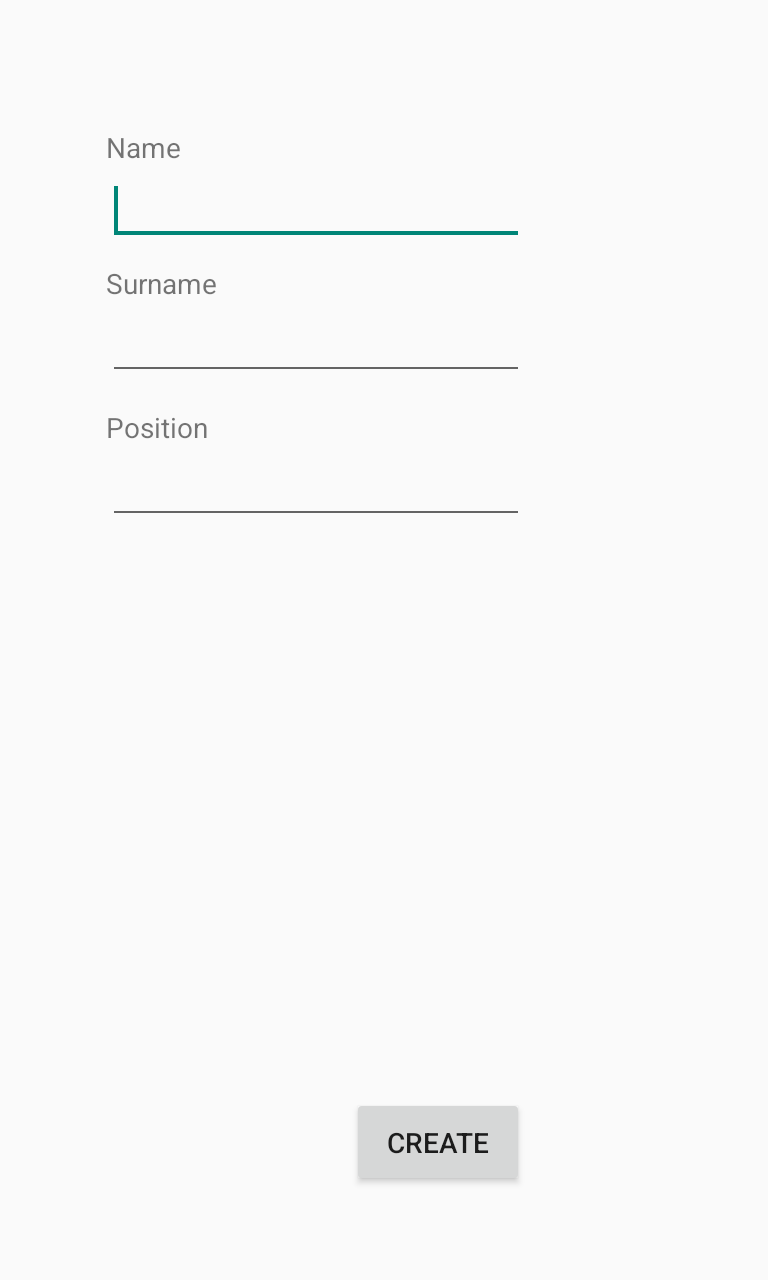
Repository: attoken/TeamDauntless
Layout: Project/res/layout/activity_create_family.xml
These files come from the project's save history. The layout is drawn as it stood at one moment and after the next save; the edit follows.
It is drawn on a 768 x 1280 px phone screen (xhdpi) without system bars, with theme AppTheme; the app's code is not run.

Above is the layout before, as saved 2014-10-01 09:30:07.

After the next save:
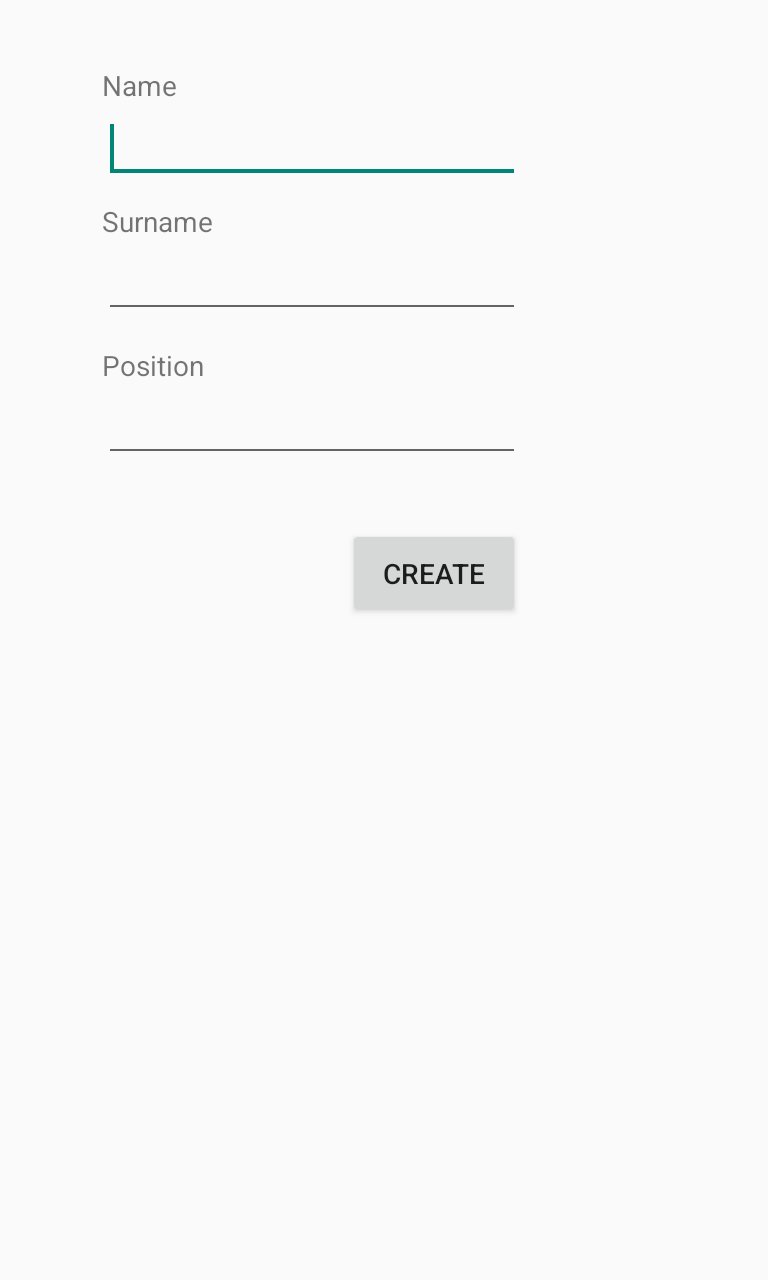
Saved 113 s later.
--- a/Project/res/layout/activity_create_family.xml
+++ b/Project/res/layout/activity_create_family.xml
@@ -7,16 +7,6 @@
     android:paddingRight="@dimen/activity_horizontal_margin"
     android:paddingTop="@dimen/activity_vertical_margin"
     tools:context="com.dauntless.project.CreateFamilyActivity" >
-
-    <TextView
-        android:id="@+id/createFamilyNameText"
-        android:layout_width="wrap_content"
-        android:layout_height="wrap_content"
-        android:layout_alignParentLeft="true"
-        android:layout_alignParentTop="true"
-        android:layout_marginLeft="37dp"
-        android:layout_marginTop="48dp"
-        android:text="Name" />
 
     <TextView
         android:id="@+id/createFamily"
@@ -67,9 +57,19 @@
         android:id="@+id/createFamilyDetailBtn"
         android:layout_width="wrap_content"
         android:layout_height="wrap_content"
-        android:layout_alignParentBottom="true"
         android:layout_alignRight="@+id/createFamilyPositionEdit"
-        android:layout_marginBottom="29dp"
+        android:layout_below="@+id/createFamilyPositionEdit"
+        android:layout_marginTop="29dp"
         android:text="Create" />
 
+    <TextView
+        android:id="@+id/createFamilyNameText"
+        android:layout_width="wrap_content"
+        android:layout_height="wrap_content"
+        android:layout_alignParentLeft="true"
+        android:layout_alignParentTop="true"
+        android:layout_marginLeft="35dp"
+        android:layout_marginTop="17dp"
+        android:text="Name" />
+
 </RelativeLayout>
